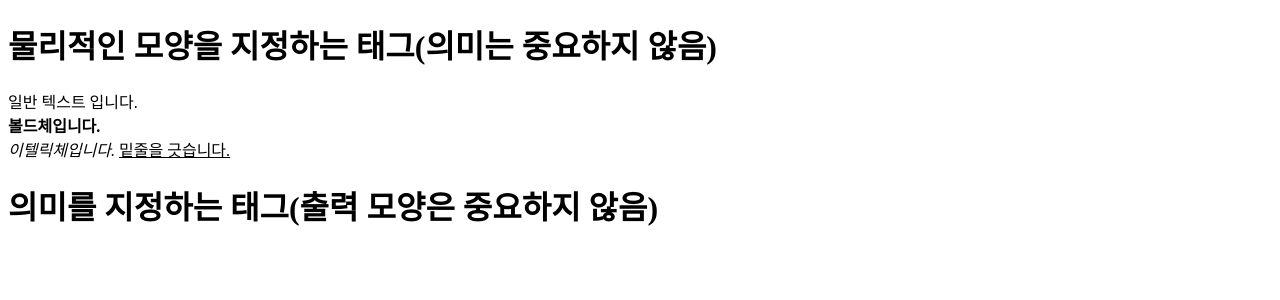
Repository: Chun0903/classStudy_github.io
Page: client/ClientTest/WebContent/ex09_style.html
These files come from the project's save history. The page is drawn as it stood at one moment and after the next save; the edit follows.
The browser window is 1280 px wide. The pictures show the whole page.

Above is the page before, as saved 2020-06-19 00:42:46.

After the next save:
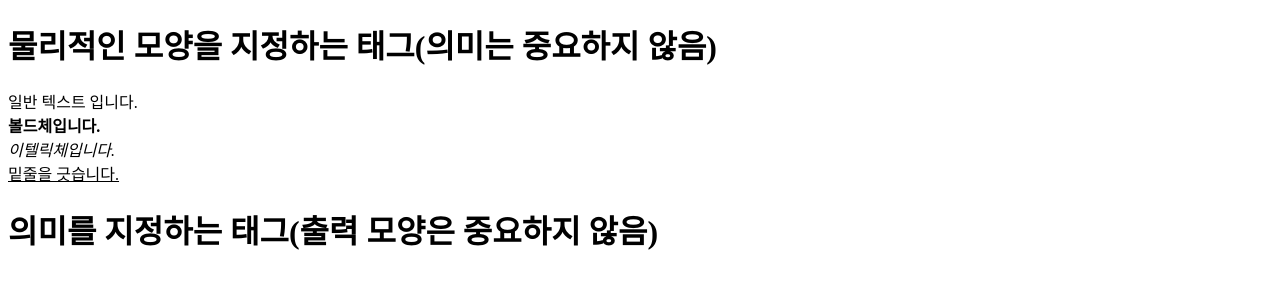
Saved 15 s later.
--- a/client/ClientTest/WebContent/ex09_style.html
+++ b/client/ClientTest/WebContent/ex09_style.html
@@ -12,7 +12,7 @@
 	<h1>물리적인 모양을 지정하는 태그(의미는 중요하지 않음)</h1>
 	일반 텍스트 입니다.<br>
 	<b>볼드체입니다.</b><br> <!-- bold -->
-	<i>이텔릭체입니다.</i> <!-- italic -->
+	<i>이텔릭체입니다.</i><br> <!-- italic -->
 	<u>밑줄을 긋습니다.</u><br> <!-- underline -->
 
 	<h1>의미를 지정하는 태그(출력 모양은 중요하지 않음)</h1>
